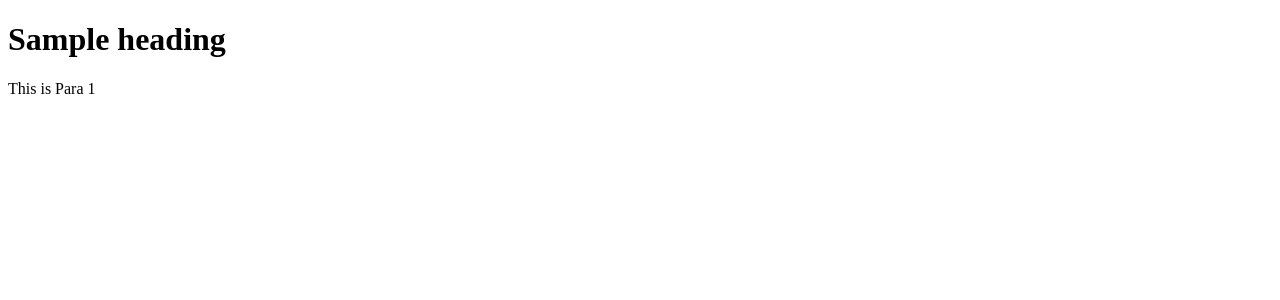
Repository: jbn-aman/wiprobatch1
Page: project/work/html/mywebapp/public/pages/cssdemo/externalCSSdemo.html
These files come from the project's save history. The page is drawn as it stood at one moment and after the next save; the edit follows.
The browser window is 1280 px wide. The pictures show the whole page.

Above is the page before, as saved 2024-04-01 12:20:57.

After the next save:
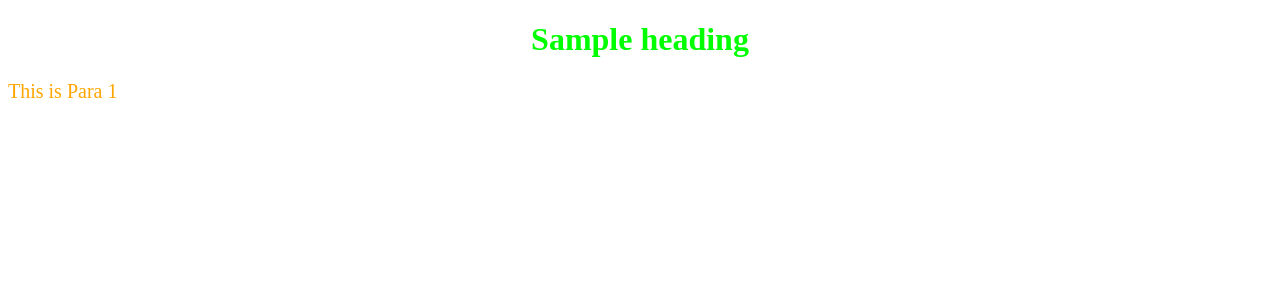
Saved 99 s later.
--- a/project/work/html/mywebapp/public/pages/cssdemo/externalCSSdemo.html
+++ b/project/work/html/mywebapp/public/pages/cssdemo/externalCSSdemo.html
@@ -1,6 +1,7 @@
 <!DOCTYPE html>
 <html>
 <head>
+<link rel="stylesheet"href=mystyles.css>
 <meta charset="ISO-8859-1">
 <title>External CSS demo</title>
 </head>
